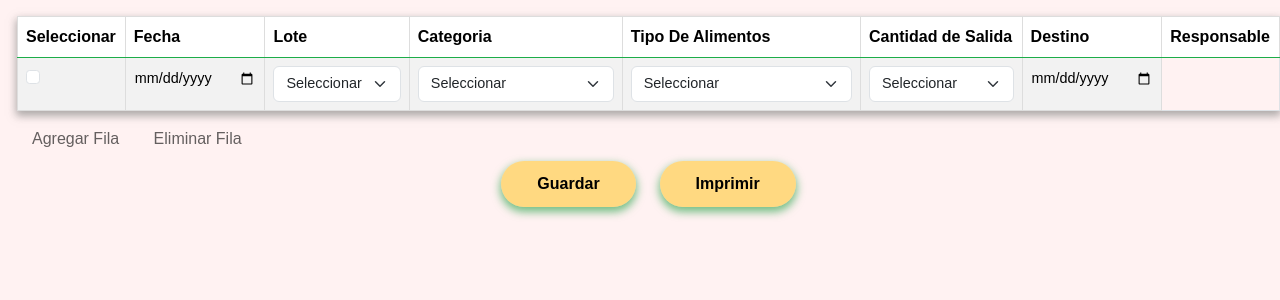
Repository: Mateojimenezz/Granja-Santa-Helena
Page: registroDiarioDeAlimentos.html
An editor plug-in stored every save of this project. The page is shown before and after a run of saves, followed by the edit.
The browser window is 1280 px wide. The pictures show the whole page.
Some web fonts or font styles are not loaded; a fallback is used.

Above is the page before, as saved 2025-04-22 15:47:10.

After the next 2 saves:
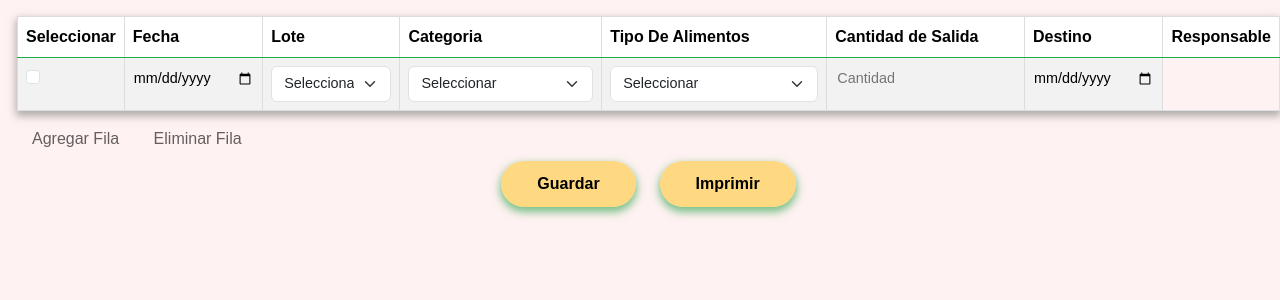
The 2 saves are shown as one change because they came seconds apart.
The last was saved 41 s later.
--- a/registroDiarioDeAlimentos.html
+++ b/registroDiarioDeAlimentos.html
@@ -69,13 +69,7 @@
               </td>
 
               <td>
-                <!-- Selector proveedores -->
-                <select class="form-select">
-                  <option selected disabled>Seleccionar</option> <!-- Opción predeterminada -->
-                  <option value="Proveedor 1">Proveedor 1</option>
-                  <option value="Proveedor 2">Proveedor 2</option>
-                  <option value="Proveedor 3">Proveedor 3</option>
-                </select>
+                <input type="number" class="input-no-border" placeholder="Cantidad" />
               </td>
 
               <td>
